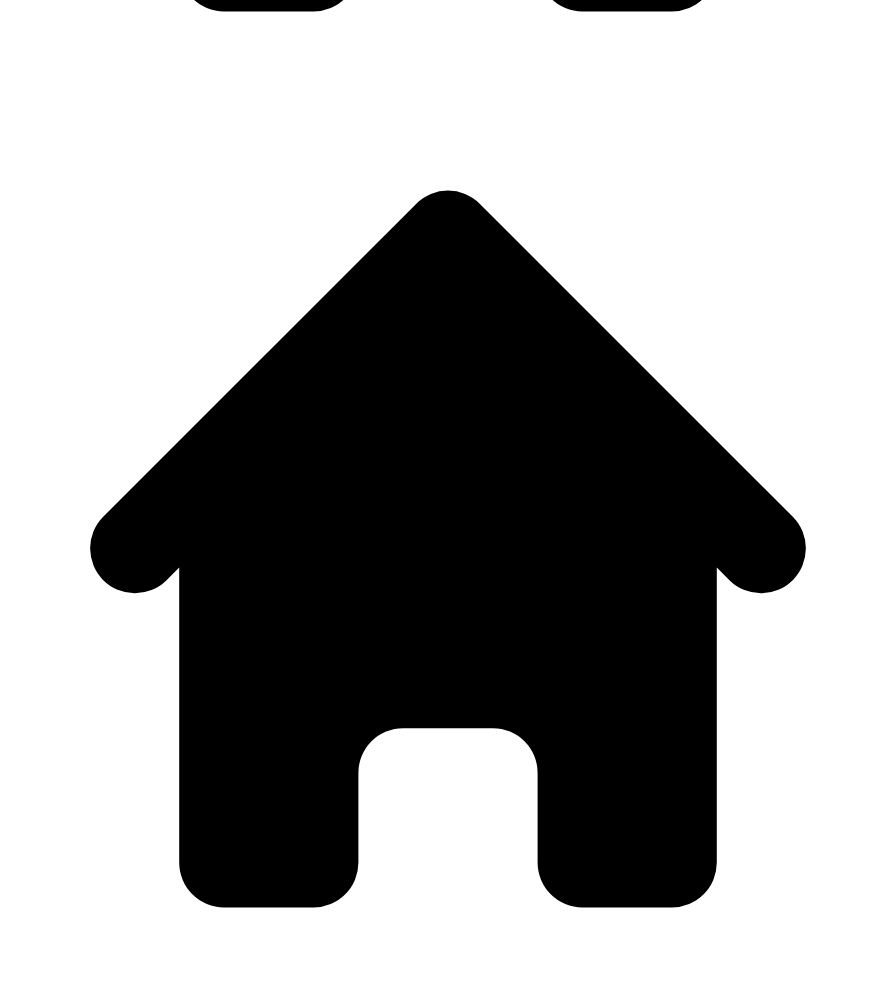
Repository: SehajBindra/Facebook-clone
Page: /
These files come from the project's save history. The page is drawn as it stood at one moment and after the next save; the edit follows.
The browser window is 1280 px wide. The pictures show the part of the page from y = 2486 to 4406 px (the page is 3910 px tall before and 7750 px after), at 70% of full size.
The project was rebuilt for these pictures with package versions that can differ from the ones it lists, and the page was loaded fresh each time. The framework's server and built-in components were replaced by stand-ins that run in the browser. Also part of the build but not shown: next.config.js, styles/Home.module.css.

Above is the page before, as saved 2022-08-18 18:00:20.

After the next save:
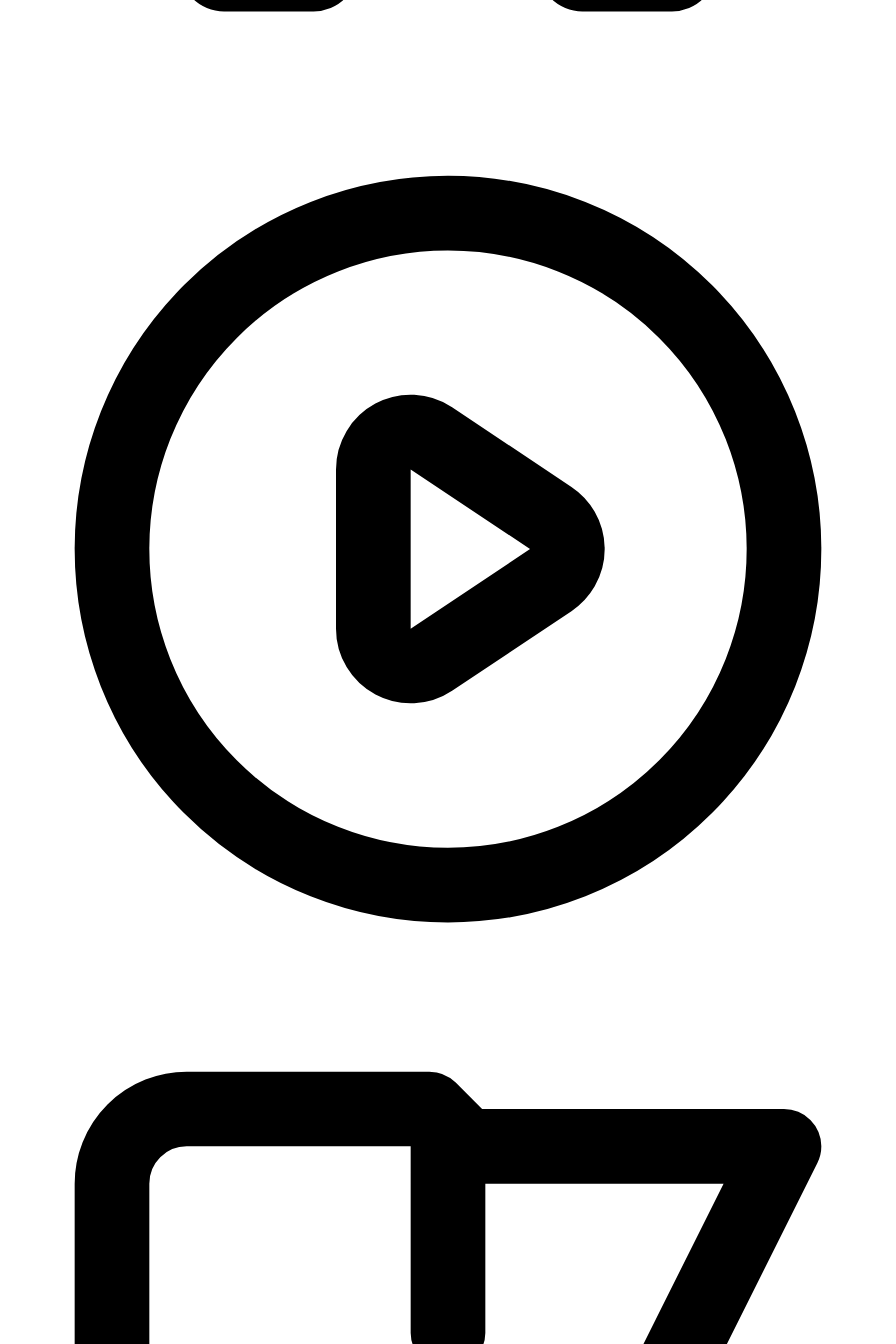
Saved 98 s later.
--- a/Components/Header.js
+++ b/Components/Header.js
@@ -40,7 +40,10 @@
       <div>
         <div className="flex justify-center flex-grow">
           <HeaderIcon Icon={HomeIcon} />
-          <HeaderIcon Icon={HomeIcon} />
+          <HeaderIcon Icon={PlayIcon} />
+          <HeaderIcon Icon={FlagIcon} />
+          <HeaderIcon Icon={ShoppingCartIcon} />
+          <HeaderIcon Icon={UserGroupIcon} />
         </div>
       </div>
 
